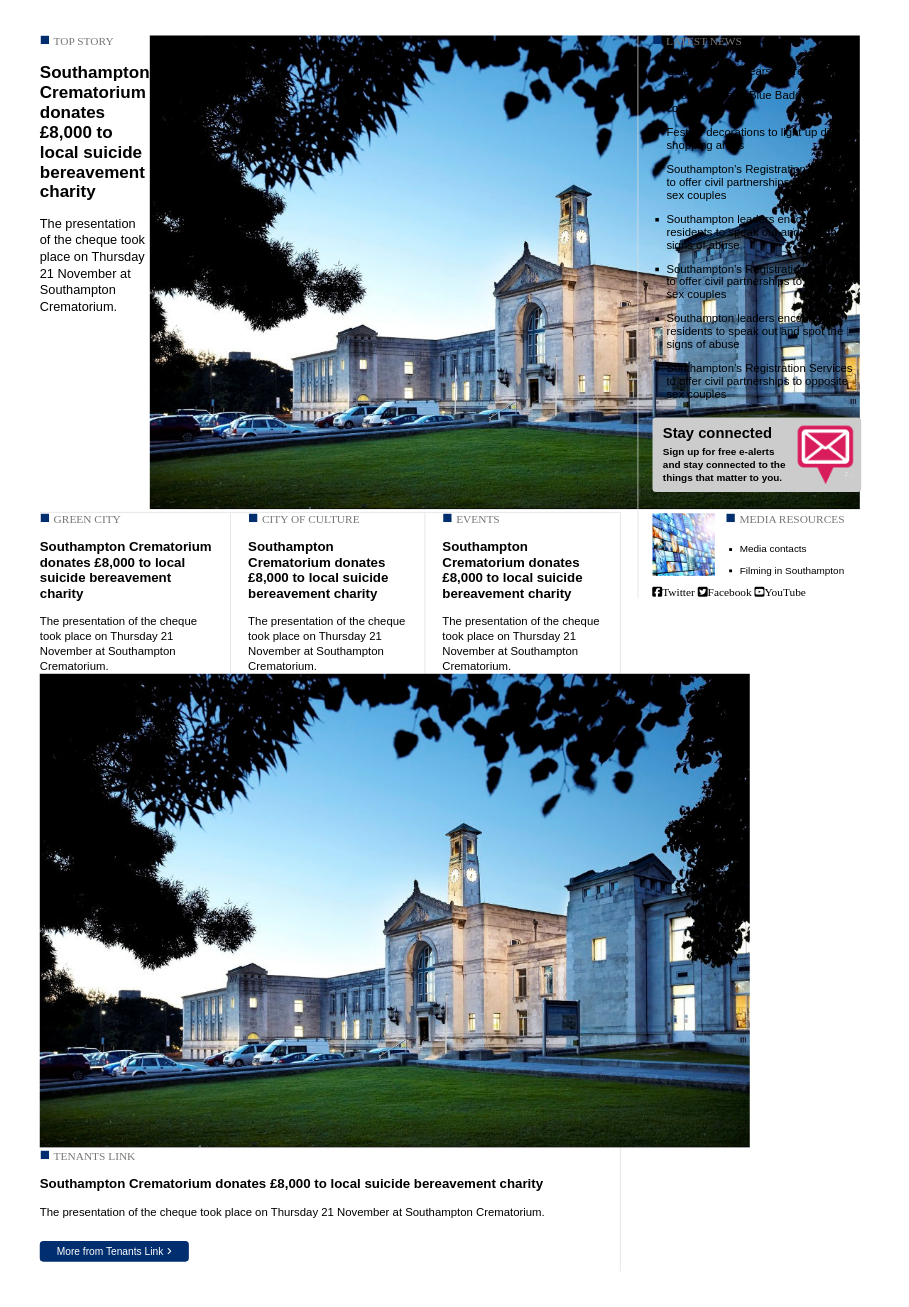
Repository: Domehead123/newspage
Page: news.html
The author's editor kept a record of every edit. The page is drawn from the files as they stood at one moment, then again after the next edit.
The browser window is 1280 px wide. The pictures show the whole page, at 71% of full size.
Some web libraries are served in a nearby version.

Above is the page before.

After the next edit:
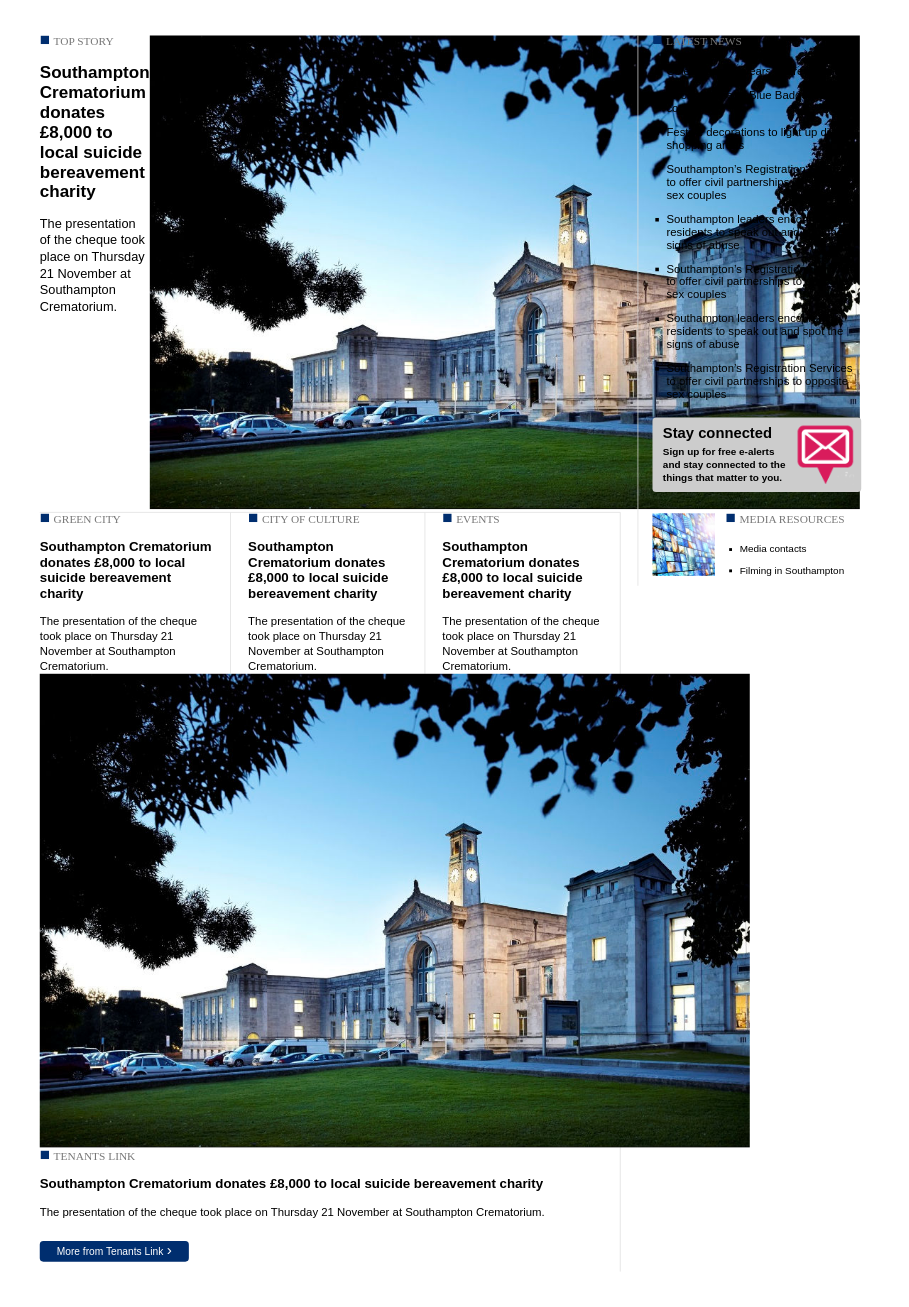
The edit:
--- a/news.html
+++ b/news.html
@@ -103,13 +103,13 @@
                     <li><a href="#">Southampton’s Registration Services to offer civil partnerships to opposite sex couples</a></li>
                 </ul>
             </div>
-<div class="connected">
+            <div class="connected">
 
-    <a href="#"><img src="images/connected.png"></a>
-    <h2><a href="#">Stay connected</a></h2>
+                <a href="#"><img src="images/connected.png"></a>
+                <h2><a href="#">Stay connected</a></h2>
 
-    <p><a href="#">Sign up for free e-alerts and stay connected to the things that matter to you.</a></p>
-</div>
+                <p><a href="#">Sign up for free e-alerts and stay connected to the things that matter to you.</a></p>
+            </div>
 
             <div class="media">
                 <div class="media-image">
@@ -128,25 +128,13 @@
                 </div>
 
             </div>
-            <div class="social">
-                <i class="fab fa-facebook-square"></i><span>Twitter</span>
 
 
 
 
 
 
-                <i class="fab fa-twitter-square"></i><span>Facebook</span>
-
-                <i class="fab fa-youtube-square"></i><span>YouTube</span>
-            </div>
         </div>
-
-
-
-
-
-    </div>
 
 
 
